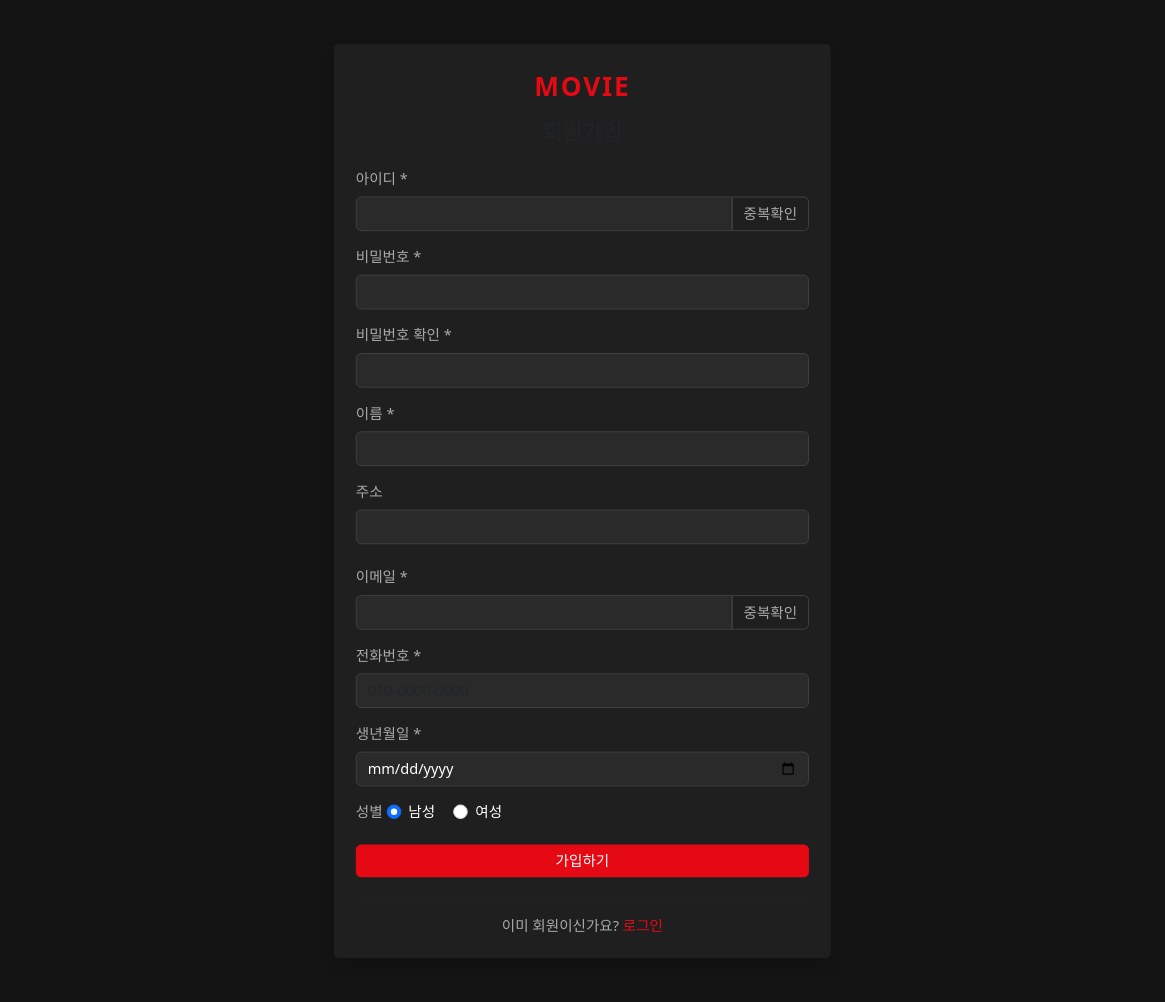
Repository: Se-Jong-Park/InsideReview
Page: http://localhost/moviejoin/WEB-INF/views/user/form.jsp
The author's editor kept a copy of each file at every save. The page is drawn from the files as they stood at one save, then again after the next save.
The browser window is 1280 px wide. The pictures show the whole page, at 91% of full size.
The page is served by Tomcat 9. Nobody is signed in. Other server files are loaded and not shown. The template is opened directly, without the code that normally fills it, so the values that code supplies are empty.

Above is the page before, as saved 2026-03-19 02:04:53.

### moviejoin/src/main/webapp/WEB-INF/views/user/form.jsp
<%@ page language="java" contentType="text/html; charset=UTF-8" pageEncoding="UTF-8"%>
<%@ taglib prefix="c" uri="http://java.sun.com/jsp/jstl/core" %>
<!DOCTYPE html>
<html>
<head>
<!-- jquery cnd -->
 <script src="https://code.jquery.com/jquery-2.2.4.min.js" integrity="sha256-BbhdlvQf/xTY9gja0Dq3HiwQF8LaCRTXxZKRutelT44=" crossorigin="anonymous"></script>
<script src="//t1.daumcdn.net/mapjsapi/bundle/postcode/prod/postcode.v2.js"></script>
<meta charset="UTF-8">
<title>회원가입</title>
<link rel="stylesheet" href="https://cdn.jsdelivr.net/npm/bootstrap@5.3.0/dist/css/bootstrap.min.css">
<style>
    body {background-color:#141414; color: white; }
    .card {background-color: #1f1f1f; border: none;}
    .form-label{color: #aaa;}
    .form-check-label{color: white;}
    .form-control{
        background-color: #2a2a2a;
        border: 1px solid #444;
        color: white;
    }
    .form-control:focus {
        background-color: #2a2a2a;
        border-color: #E50914;
        color: white;
        box-shadow: none;
    }
    .form-label{color: #aaa;}
    .btn-netflix{
        background-color: #E50914;
        color: white;
        border: none;
    }
    .btn-netflix:hover{background-color: #b20710; color: white;} /* 오타 수정: backround -> background */
    .btn-outline-gray{
        background-color: transparent;
        border: 1px solid #444;
        color: #aaa;
    }
    .btn-outline-gray:hover{background-color: #2a2a2a; color: white;} /* 오타 수정: btn. -> .btn- */
    .logo{color: #E50914; font-size: 1.8rem; font-weight: bold; letter-spacing: 2px;}
    a{color: #E50914; text-decoration: none;}
    a:hover {color: #b20710;}
    small{color:#888;}
</style>
</head>
<body>

<div class="container py-5">
    <div class="row justify-content-center">
        <div class="col-md-6">
            <div class="card shadow p-4"> <div class="text-center mb-3">
                    <span class="logo">MOVIE</span>
                </div>
                <h4 class="text-center mb-4">회원가입</h4>

                <c:if test="${not empty msg}">
                    <div class="alert alert-danger">${msg}</div>
                </c:if>

                <form action="${pageContext.request.contextPath}/user/join" method="post"> <div class="mb-3">
                    <label class="form-label">아이디 *</label>
                    <div class="input-group">
                        <input type="text" name="uid" id="uid" class="form-control" maxlength="15" required>
                        <button type="button" class="btn btn-outline-gray" onclick="IdCheck()">중복확인</button>
                    </div>
                    <small id="idMsg"></small>
                </div>

                <div class="mb-3">
                    <label class="form-label">비밀번호 *</label>
                    <input type="password" name="upw" id="upw" class="form-control" required>
                </div>

                <div class="mb-3">
                    <label class="form-label">비밀번호 확인 *</label>
                    <input type="password" id="upwConfirm" class="form-control" required>
                </div>

                <div class="mb-3">
                    <label class="form-label">이름 *</label>
                    <input type="text" name="uname" class="form-control" maxlength="15" required>
                </div>
                <div class="mb-4">
                    <label class="form-label">주소</label>
                    <input type="text" name="uaddr" id="uaddr" class="form-control" onclick="searchAddr()" readonly> </div>
                <div class="mb-3">
                    <label class="form-label">이메일 *</label>
                    <div class="input-group">
                        <input type="email" name="umail" id="umail" class="form-control" maxlength="50" required>
                        <button type="button" class="btn btn-outline-gray" onclick="mailCheck()">중복확인</button> </div>
                    <small id="mailMsg"></small>
                </div>

                <div class="mb-3">
                    <label class="form-label">전화번호 *</label>
                    <input type="text" name="uphone" class="form-control" maxlength="13" placeholder="010-0000-0000" required>
                </div>
                <div class="mb-3">
                    <label class="form-label">생년월일 *</label>
                    <input type="date" name="ubirth" class="form-control" required>
                </div>
                <div class="mb-3">
                    <label class="form-label">성별</label>
                    <div class="form-check form-check-inline">
                        <input type="radio" name="ugender" value="M" class="form-check-input" id="male" checked>
                        <label class="form-check-label" for="male">남성</label>
                    </div>
                    <div class="form-check form-check-inline">
                        <input type="radio" name="ugender" value="F" class="form-check-input" id="female">
                        <label class="form-check-label" for="female">여성</label>
                    </div>
                </div>

                <div class="d-grid">
                    <button type="submit" class="btn btn-netflix" onclick="return validateForm()">가입하기</button>
                </div>
                </form>
                <hr style="border-color: #333;" class="mt-4">
                <p class="text-center mb-0" style="color: #aaa;">
                	이미 회원이신가요? <a href="/user/logForm">로그인</a>
                </p>
			</div>
        </div>
    </div>
</div>

<script>
function IdCheck() {
	var uid = document.getElementById('uid').value.trim();
	if(!uid){alert('아이디를 입력하세요.'); return;}
	fetch('/user/IdCheck?uid=' + encodeURIComponent(uid))
		.then(function(r) {return r.text();})
		.then(function(data) {
			var el = document.getElementById('idMsg');
			if(data === 'available'){
				el.style.color = '#5cb85c';
				el.innerText = '사용 가능한 아이디입니다.';
			}else{
				el.style.color = '#E50914';
				el.innerText = '이미 사용 중인 아이디입니다.';
			}
		});

}
function mailCheck() {
	var umail = document.getElementById('umail').value.trim();
	if(!umail) {alert('이메일을 입력하세요.'); return;}
	fetch('/user/mailCheck?umail=' + encodeURIComponent(umail))
		.then(function(r) {return r.text();})
		.then(function (data) {
			var el = document.getElementById('mailMsg');
			if(data === 'available'){
				el.style.color = '#5cb85c';
				el.innerText = '사용 가능한 이메일입니다.';
			}else{
				el.style.color = '#E50914';
				el.innerText = '이미 등록된 이메일입니다.';
			}
		});
}

function validateForm() {
	var upw = document.getElementById('upw').value;
	var confirm = document.getElementById('upwConfirm').value;
	if(upw !== confirm){
		alert('비밀번호가 일치하지 않습니다.');
		return false;
	}
	return true;
}
function searchAddr() {
	new daum.Postcode({
		oncomplete : function(data) {
			var addr = data.roadAddress;
			document.getElementById("uaddr").value = addr;
		}
	}).open();
}
</script>

</body>
</html>

After the next save:
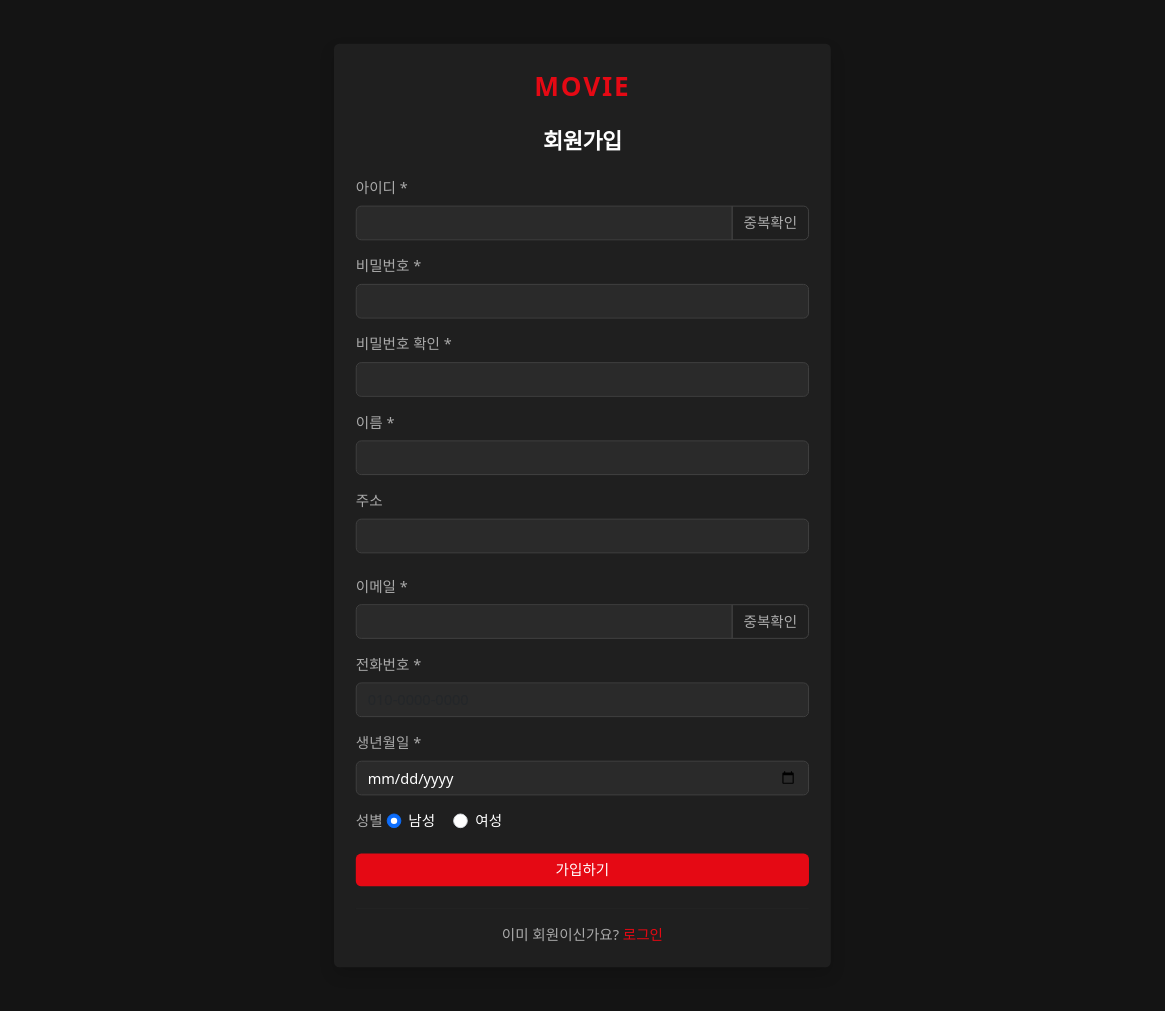
Saved 74 s later.
--- a/moviejoin/src/main/webapp/WEB-INF/views/user/form.jsp
+++ b/moviejoin/src/main/webapp/WEB-INF/views/user/form.jsp
@@ -42,6 +42,13 @@
     a{color: #E50914; text-decoration: none;}
     a:hover {color: #b20710;}
     small{color:#888;}
+     	h4.text-center{
+ 		color: #ffffff !important;
+ 		font-weight: 700;
+ 		margin-top: 10px;
+ 		margin-bottom: 30px;
+ 		letter-spacing: -0.5px;
+ 	}
 </style>
 </head>
 <body>
